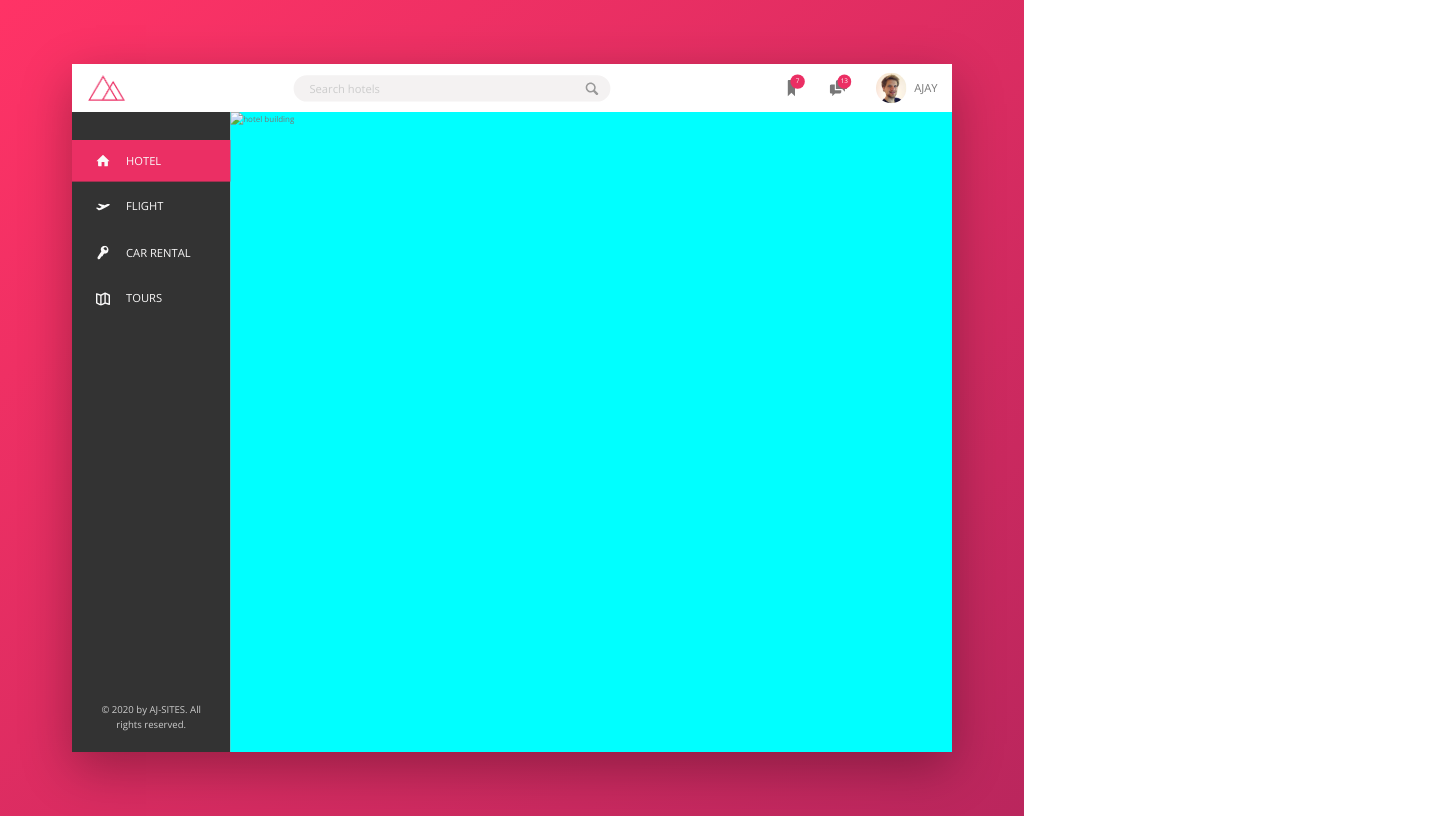
Repository: ajayaj2001/modern-Hotel
Page: /
An editor plug-in stored every save of this project. The page is shown before and after the next save, followed by the edit.
The browser window is 1280 px wide. The page is 1280 px wide, then 1788 px, so the pictures cover 1788 px, including what lies to the right of the window. The pictures show the whole page, at 80% of full size.
The project was rebuilt for these pictures with package versions that can differ from the ones it lists, and the page was loaded fresh each time. Also part of the build but not shown: src/hotel-view/overview/Overview.scss.

Above is the page before, as saved 2020-12-13 19:25:24.

### public/index.html
<!DOCTYPE html>
<html lang="en">

<head>
  <meta charset="utf-8" />
  <link rel="icon" href="%PUBLIC_URL%/favicon.ico" />
  <meta name="viewport" content="width=device-width, initial-scale=1" />
  <meta name="theme-color" content="#000000" />
  <meta name="description" content="Web site created using create-react-app" />
  <link rel="apple-touch-icon" href="%PUBLIC_URL%/logo192.png" />
  <link rel="preconnect" href="https://fonts.gstatic.com">
  <link href="https://fonts.googleapis.com/css2?family=Open+Sans:wght@300;400;600&display=swap" rel="stylesheet">
  <!--
      manifest.json provides metadata used when your web app is installed on a
      user's mobile device or desktop. See https://developers.google.com/web/fundamentals/web-app-manifest/
    -->
  <link rel="manifest" href="%PUBLIC_URL%/manifest.json" />
  <!--
      Notice the use of %PUBLIC_URL% in the tags above.
      It will be replaced with the URL of the `public` folder during the build.
      Only files inside the `public` folder can be referenced from the HTML.

      Unlike "/favicon.ico" or "favicon.ico", "%PUBLIC_URL%/favicon.ico" will
      work correctly both with client-side routing and a non-root public URL.
      Learn how to configure a non-root public URL by running `npm run build`.
    -->
  <title>React App</title>
</head>

<body>
  <noscript>You need to enable JavaScript to run this app.</noscript>
  <div id="root"></div>
  <!--
      This HTML file is a template.
      If you open it directly in the browser, you will see an empty page.

      You can add webfonts, meta tags, or analytics to this file.
      The build step will place the bundled scripts into the <body> tag.

      To begin the development, run `npm start` or `yarn start`.
      To create a production bundle, use `npm run build` or `yarn build`.
    -->
</body>

</html>

### src/index.js
import React from 'react';
import ReactDOM from 'react-dom';
import './index.scss';
import App from '../src/app/App';

ReactDOM.render(
  <React.StrictMode>
    <App />
  </React.StrictMode>,
  document.getElementById('root')
);

### src/index.scss
@import "../src/scss/reuse.scss";
* {
  margin: 0;
  padding: 0;
}
:root {
  --color-primary: #eb2f64;
  --color-primary-light: #ff3366;
  --color-primary-dark: #ba265d;

  --color-gray-light-1: #faf9f9;
  --color-gray-light-2: #f4f2f2;
  --color-gray-light-3: #f0eeee;
  --color-gray-light-4: #ccc;

  --color-gray-dark-1: #333;
  --color-gray-dark-2: #777;
  --color-gray-dark-3: #999;
}
*,
*::before,
*::after {
  box-sizing: inherit;
}
html {
  box-sizing: border-box;
  font-size: 62.5%; //1rem=10px 10px/16px=62.5%
}
body {
  font-family: "Open Sans", sans-serif;
  -webkit-font-smoothing: antialiased;
  -moz-osx-font-smoothing: grayscale;
  font-family: "Open Sans", sans-serif;
  font-weight: 400;
  line-height: 1.6;
  background-image: linear-gradient(to right bottom, var(--color-primary-light), var(--color-primary-dark));
  background-size: cover;
  background-repeat: no-repeat;
  min-height: 100vh;
  color: var(--color-gray-dark-2);
}

### src/app/App.js
import React from 'react';
import Header from '../header/Header';
import Navigation from '../navigation/Navigation'
import Hotelview from '../hotel-view/Hotelview'
import './App.scss';
function App() {
  return (
    <div className="container">
      <Header />
      <div className="content">
        <Navigation />
        <Hotelview />
      </div>
    </div>
  );
}

export default App;

### src/scss/reuse.scss
// variables

// $primary: #eb2f64;
// $primary-light: #ff3366;
// $primary-dark: #ba265d;

// $gray-light-1: #faf9f9;
// $gray-light-2: #f4f2f2;
// $gray-light-3: #f0eeee;

// $gray-dark-1: #333;
// $gray-dark-2: #777;
// $gray-dark-3: #999;

### src/header/Header.js
import React from 'react'
import './Header.scss';
import logo from '../img/logo.png';
import user from '../img/user.jpg';
import svg from '../img/sprite.svg'
const Header = () => {
    return (
        <div className="header">
            <img src={logo} alt="logo" className="logo" />

            <form action="#" className="search">
                <input type="text" className="search__input" placeholder="Search hotels" />
                <button className="search__button">
                    <svg className="search__icon">
                        <use xlinkHref={`${svg}#icon-magnifying-glass`}></use>
                    </svg>
                </button>
            </form>
            <nav className="user-nav">
                <div className="user-nav__icon-box">
                    <svg className="user-nav__icon">
                        <use xlinkHref={`${svg}#icon-bookmark`}></use>
                    </svg>
                    <span className="user-nav__notification">7</span>
                </div>
                <div className="user-nav__icon-box">
                    <svg className="user-nav__icon">
                        <use xlinkHref={`${svg}#icon-chat`}></use>
                    </svg>
                    <span className="user-nav__notification">13</span>
                </div>
                <div className="user-nav__user">
                    <img src={user} alt="user-profile" className="user-nav__user-photo" />
                    <span className="user-nav__user-name">AJAY</span>
                </div>
            </nav>
        </div>
    )
}

export default Header

### src/navigation/Navigation.js
import React from 'react'
import './Navigation.scss'
import svg from '../img/sprite.svg'
const Navigation = () => {
    return (
        <React.Fragment>
            <nav className="sidebar">
                <ul className="side-nav">
                    <li className="side-nav__item side-nav__item--active">
                        <a href="#home" className="side-nav__link">
                            <svg className="side-nav__icon">
                                <use xlinkHref={`${svg}#icon-home`}></use>
                            </svg>
                            <span className="side-nav__text">hotel</span>
                        </a>
                    </li>
                    <li className="side-nav__item">
                        <a href="#flight" className="side-nav__link">
                            <svg className="side-nav__icon">
                                <use xlinkHref={`${svg}#icon-aircraft-take-off`}></use>
                            </svg>
                            <span className="side-nav__text">flight</span>
                        </a>
                    </li>
                    <li className="side-nav__item">
                        <a href="#car-rental" className="side-nav__link">
                            <svg className="side-nav__icon">
                                <use xlinkHref={`${svg}#icon-key`}></use>
                            </svg>
                            <span className="side-nav__text">car rental</span>
                        </a>
                    </li>
                    <li className="side-nav__item">
                        <a href="#tours" className="side-nav__link">
                            <svg className="side-nav__icon">
                                <use xlinkHref={`${svg}#icon-map`}></use>
                            </svg>
                            <span className="side-nav__text">tours</span>
                        </a>
                    </li>
                </ul>
                <div className="legal">
                    &copy; 2020 by AJ-SITES. All rights reserved.
                </div>
            </nav>
        </React.Fragment>
    )
}

export default Navigation

### src/hotel-view/Hotelview.js
import React from 'react'
import './Hotelview.scss'
import Overview from './overview/Overview'
const Hotelview = () => {
    return (
        <React.Fragment>
            <main className="hotelview">
                <Overview />
            </main>
        </React.Fragment>
    )
}

export default Hotelview

### src/app/App.scss
.container {
    max-width: 110rem;
    margin: 8rem auto;
    background-color: var(--color-gray-light-2);
    box-shadow: 0 2rem 6rem rgba(black, 0.3);
    min-height: 50rem;
}
.content {
    display: flex;
}

### src/header/Header.scss
.header {
    height: 6rem;
    background-color: #fff;
    border-bottom: var(--color-gray-light-2);
    display: flex;
    justify-content: space-between;
    align-items: center;
}
.logo {
    height: 3.25rem;
    margin-left: 2rem;
}
.search {
    display: flex;
    flex: 0 0 40%;
    align-items: center;
    justify-content: center;

    &__input {
        font-family: inherit;
        font-size: 1.4rem;
        color: inherit;
        background-color: var(--color-gray-light-2);
        border: none;
        padding: 0.7rem 2rem;
        border-radius: 10rem;
        width: 90%;
        transition: all 0.3s;
        margin-right: -3.25rem;
        &:focus {
            outline: none;
            width: 100%;
            background-color: var(--color-gray-light-3);
        }
        &::-webkit-input-placeholder {
            font-weight: 100;
            color: var(--color-gray-light-4);
        }
    }
    &__input:focus + &__button {
        background-color: var(--color-gray-light-3);
    }
    &__button {
        height: 2.8rem;
        border: none;
        background-color: var(--color-gray-light-2);
        &:focus {
            outline: none;
        }
        &:active {
            transform: translateY(2px);
        }
    }
    &__icon {
        height: 3rem;
        width: 2rem;
        fill: var(--color-gray-dark-3);
    }
}

.user-nav {
    align-self: stretch;
    display: flex;
    align-items: center;
    cursor: pointer;
    & > * {
        height: 100%;
        padding: 0 1.8rem;
        display: flex;
        align-items: center;
    }
    & > *:hover {
        background-color: var(--color-gray-light-2);
    }
    &__icon-box {
        position: relative;
    }
    &__icon {
        height: 2.25rem;
        width: 2.25rem;
        fill: var(--color-gray-dark-2);
    }
    &__notification {
        font-size: 0.8rem;
        height: 1.75rem;
        width: 1.75rem;
        border-radius: 50%;
        background-color: var(--color-primary);
        color: #fff;
        position: absolute;
        top: 1.3rem;
        right: 1.3rem;
        display: flex;
        justify-content: center;
        align-items: center;
    }
    &__user-photo {
        height: 3.75rem;
        border-radius: 50%;
        margin-right: 1rem;
    }
    &__user-name {
        font-size: 1.4rem;
    }
}

### src/navigation/Navigation.scss
.sidebar {
    background-color: var(--color-gray-dark-1);
    flex: 0 0 18%;
    display: flex;
    flex-direction: column;
    justify-content: space-between;
}
.side-nav {
    font-size: 1.4rem;
    list-style: none;
    margin-top: 3.5rem;
    &__item {
        position: relative;
        &:not(:last-child) {
            margin-bottom: 0.5rem;
        }
    }
    &__item::before {
        content: "";
        position: absolute;
        top: 0;
        left: 0;
        height: 100%;
        width: 3px;
        background-color: var(--color-primary);
        transform: scaleY(0);
        transition: transform 0.2s, width 0.4s cubic-bezier(1, 0, 0, 1) 0.2s, background-color 0.1s;
    }
    &__item:hover::before,
    &__item--active::before {
        transform: scaleY(1);
        width: 100%;
    }
    &__item:active::before {
        background-color: var(--color-primary-light);
    }
    &__link:link,
    &__link:visited {
        position: relative;
        color: var(--color-gray-light-1);
        text-decoration: none;
        text-transform: uppercase;
        display: block;
        padding: 1.5rem 3rem;
        display: flex;
        align-items: center;
        z-index: 20;
    }
    &__icon {
        width: 1.75rem;
        height: 1.75rem;
        fill: currentColor;
        margin-right: 2rem;
    }
}
.legal {
    font-size: 1.2rem;
    text-align: center;
    padding: 2.5rem;
    color: var(--color-gray-light-4);
}

### src/hotel-view/Hotelview.scss
.hotelview {
    background-color: aqua;
    flex: 1;
    height: 80rem;
}

### src/hotel-view/overview/Overview.js
import React from 'react'
import './Overview.scss'
import hotel1 from '../../img/hotel-1.jpg'
import hotel2 from '../../img/hotel-2.jpg'
import hotel3 from '../../img/hotel-3.jpg'
const Overview = () => {
    return (
        <div className="gallery">
            <figure className="gallery__item">
                <img src="" alt="hotel building" className="gallery__photo" />
            </figure>
        </div>
    )
}

export default Overview

After the next save:
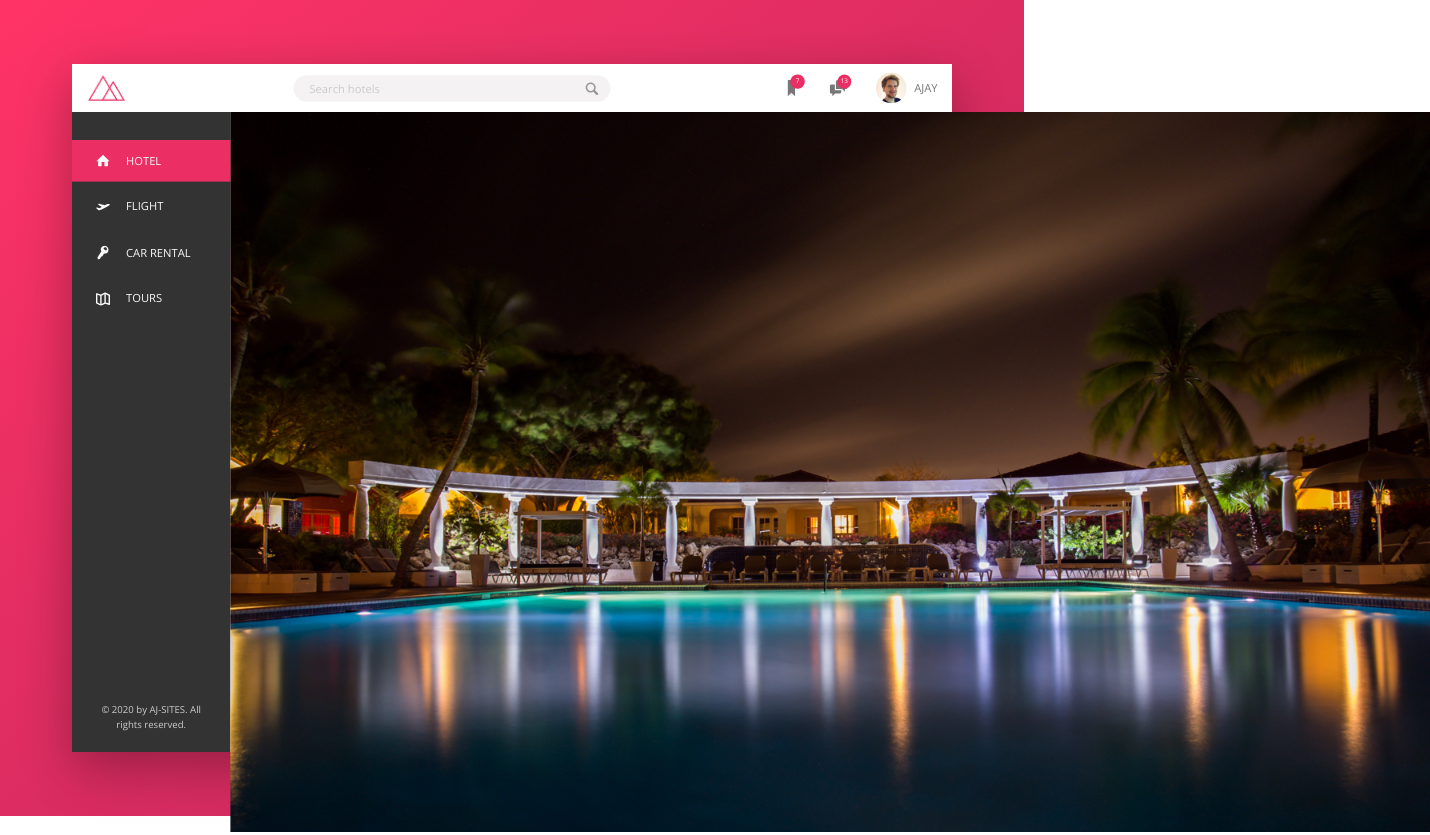
Saved 17 s later.
--- a/src/hotel-view/overview/Overview.js
+++ b/src/hotel-view/overview/Overview.js
@@ -7,7 +7,7 @@ const Overview = () => {
     return (
         <div className="gallery">
             <figure className="gallery__item">
-                <img src="" alt="hotel building" className="gallery__photo" />
+                <img src={hotel1} alt="hotel building" className="gallery__photo" />
             </figure>
         </div>
     )
